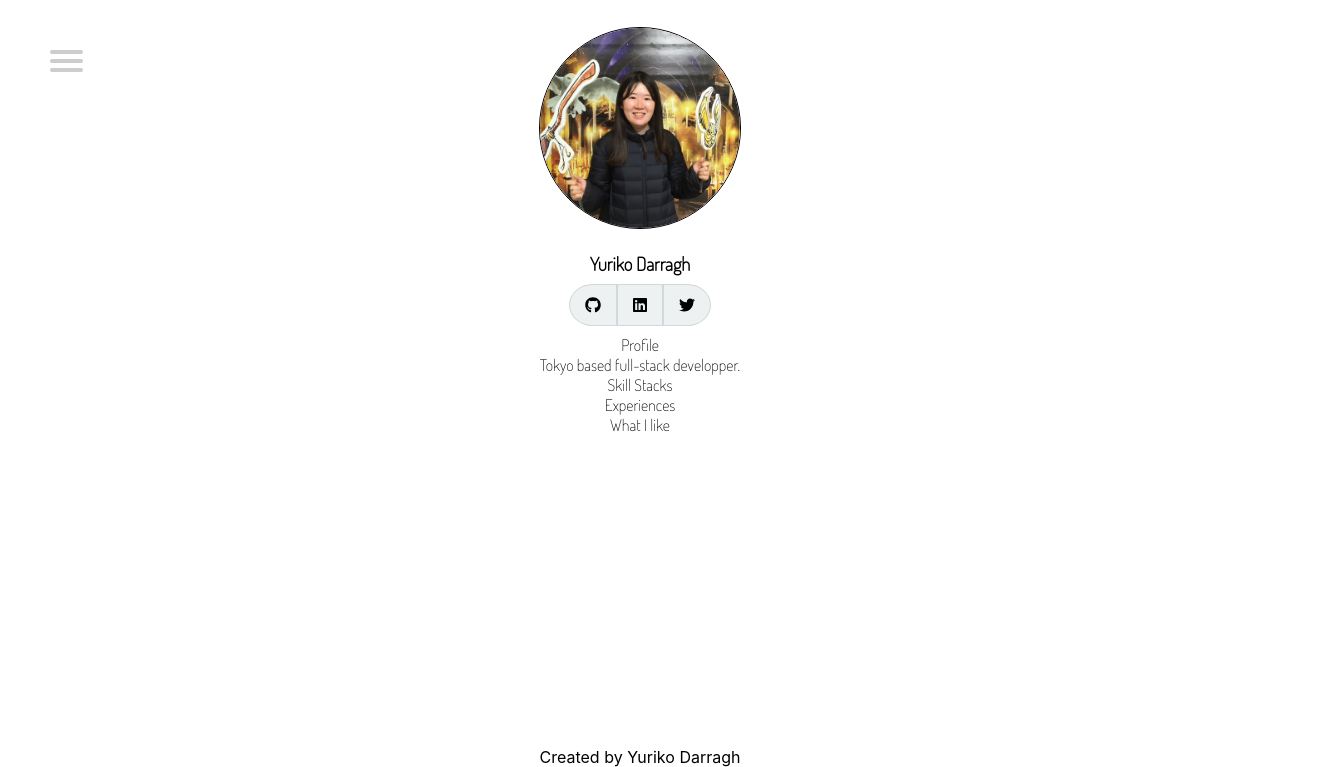
Repository: yuriko-pixel/react-portfolio
Page: /about
An editor plug-in stored every save of this project. The page is shown before and after the next save, followed by the edit.
The browser window is 1280 px wide. The page is 1330 px wide, so the pictures cover 1330 px, including what lies to the right of the window. The pictures show the whole page.
The project was rebuilt for these pictures with package versions that can differ from the ones it lists, and the page was loaded fresh each time. Also part of the build but not shown: src/components/worktemp.js, src/styles/top.module.scss, src/components/top.js, src/styles/works.module.scss, src/components/works.js, src/components/home.js.

Above is the page before, as saved 2021-05-19 12:43:55.

After the next save:
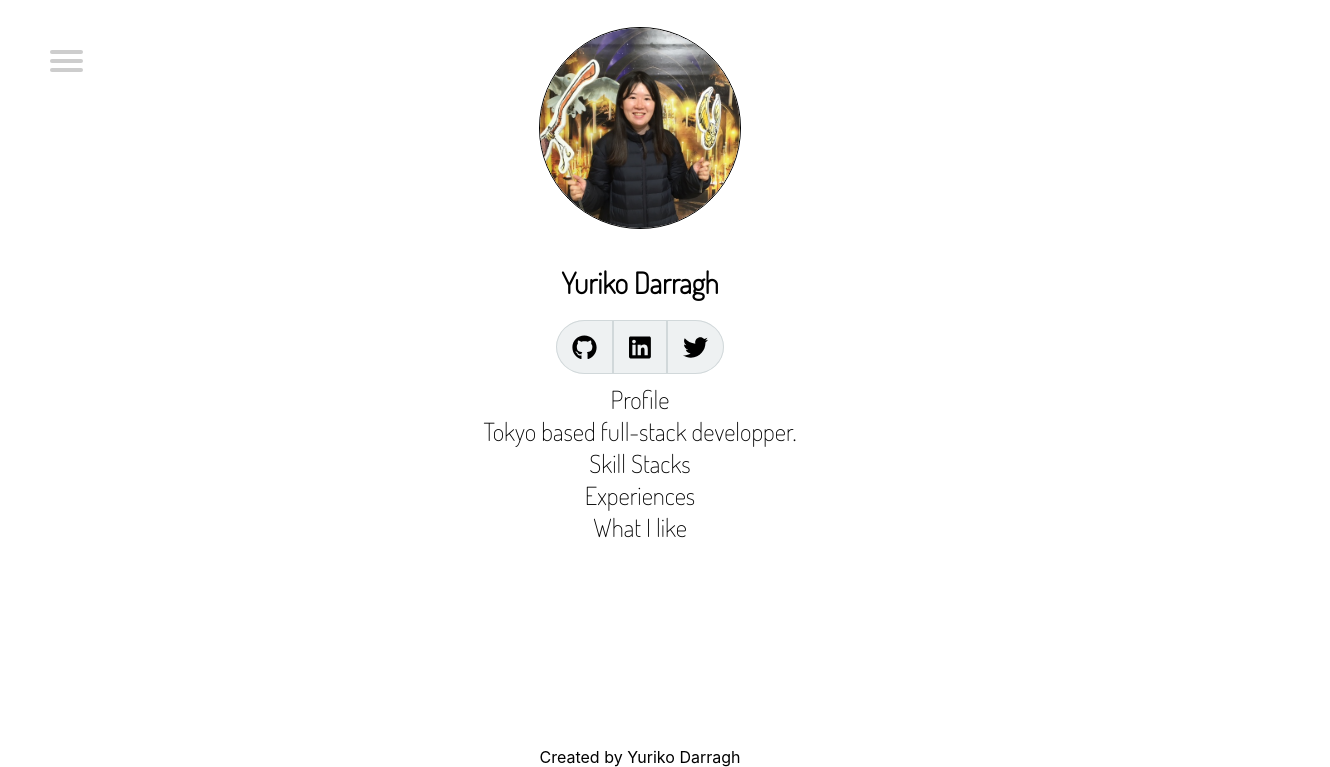
Saved 25 s later.
--- a/src/styles/about.module.scss
+++ b/src/styles/about.module.scss
@@ -1,7 +1,9 @@
 @import url('https://fonts.googleapis.com/css2?family=Dosis:wght@200&display=swap');
 
-.container {font-family: 'Dosis', sans-serif;
-   height: 100vh;
+.container {
+    font-family: 'Dosis', sans-serif;
+    font-size: 25px;
+    height: 100vh;
 }
 .profimg {
     width:200px;
